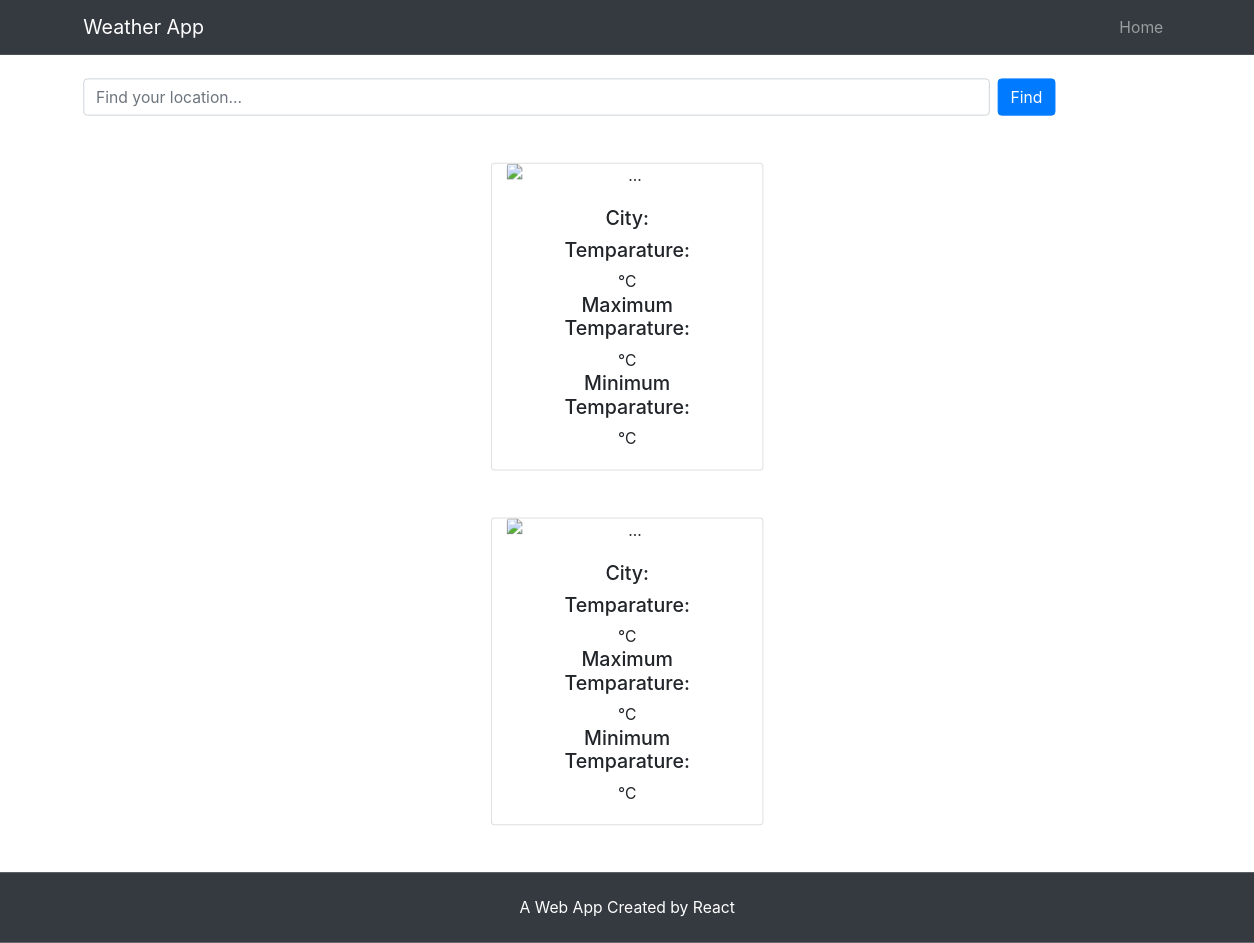
Repository: smk87/weather-app-react
Page: /
These files come from the project's save history. The page is drawn as it stood at one moment and after the next save; the edit follows.
The browser window is 1280 px wide. The pictures show the whole page, at 98% of full size.
The page's requests for data from a server got no answer. Some web libraries are served in a nearby version. The project was rebuilt for these pictures with package versions that can differ from the ones it lists, and the page was loaded fresh each time. A package was used in the major version that the imports need, not the one package.json lists. No one was signed in, and anything a server would have sent is missing.

Above is the page before, as saved 2019-02-06 18:21:46.

### public/index.html
<!DOCTYPE html>
<html lang="en">
  <head>
    <meta charset="utf-8" />
    <link rel="shortcut icon" href="%PUBLIC_URL%/favicon.ico" />
    <meta
      name="viewport"
      content="width=device-width, initial-scale=1, shrink-to-fit=no"
    />
    <meta name="theme-color" content="#000000" />
    <!--
      manifest.json provides metadata used when your web app is added to the
      homescreen on Android. See https://developers.google.com/web/fundamentals/web-app-manifest/
    -->
    <link rel="manifest" href="%PUBLIC_URL%/manifest.json" />
    <link
      rel="stylesheet"
      href="https://stackpath.bootstrapcdn.com/bootstrap/4.2.1/css/bootstrap.min.css"
      integrity="sha384-GJzZqFGwb1QTTN6wy59ffF1BuGJpLSa9DkKMp0DgiMDm4iYMj70gZWKYbI706tWS"
      crossorigin="anonymous"
    />
    <script
      defer
      src="https://use.fontawesome.com/releases/v5.6.3/js/all.js"
      integrity="sha384-EIHISlAOj4zgYieurP0SdoiBYfGJKkgWedPHH4jCzpCXLmzVsw1ouK59MuUtP4a1"
      crossorigin="anonymous"
    ></script>
    <!--
      Notice the use of %PUBLIC_URL% in the tags above.
      It will be replaced with the URL of the `public` folder during the build.
      Only files inside the `public` folder can be referenced from the HTML.

      Unlike "/favicon.ico" or "favicon.ico", "%PUBLIC_URL%/favicon.ico" will
      work correctly both with client-side routing and a non-root public URL.
      Learn how to configure a non-root public URL by running `npm run build`.
    -->
    <title>React App</title>
  </head>
  <body>
    <noscript>You need to enable JavaScript to run this app.</noscript>
    <div id="root"></div>
    <!--
      This HTML file is a template.
      If you open it directly in the browser, you will see an empty page.

      You can add webfonts, meta tags, or analytics to this file.
      The build step will place the bundled scripts into the <body> tag.

      To begin the development, run `npm start` or `yarn start`.
      To create a production bundle, use `npm run build` or `yarn build`.
    -->

    <script
      src="https://code.jquery.com/jquery-3.3.1.slim.min.js"
      integrity="sha384-q8i/X+965DzO0rT7abK41JStQIAqVgRVzpbzo5smXKp4YfRvH+8abtTE1Pi6jizo"
      crossorigin="anonymous"
    ></script>
    <script
      src="https://cdnjs.cloudflare.com/ajax/libs/popper.js/1.14.6/umd/popper.min.js"
      integrity="sha384-wHAiFfRlMFy6i5SRaxvfOCifBUQy1xHdJ/yoi7FRNXMRBu5WHdZYu1hA6ZOblgut"
      crossorigin="anonymous"
    ></script>
    <script
      src="https://stackpath.bootstrapcdn.com/bootstrap/4.2.1/js/bootstrap.min.js"
      integrity="sha384-B0UglyR+jN6CkvvICOB2joaf5I4l3gm9GU6Hc1og6Ls7i6U/mkkaduKaBhlAXv9k"
      crossorigin="anonymous"
    ></script>
  </body>
</html>

### src/App.js
import React, { Component } from "react";
import { BrowserRouter as Router, Route, Switch } from "react-router-dom";
import logo from "./logo.svg";
import "./App.css";

//Import Layout Components
import NavBar from "./components/NavBar";
import Footer from "./components/Footer";
import Home from "./components/Home";

class App extends Component {
  render() {
    return (
      <Router>
        <div className="App">
          <NavBar />
          <Route exact path="/" component={Home} />
          <Footer />
        </div>
      </Router>
    );
  }
}

export default App;

### src/components/NavBar.js
import React, { Component } from "react";
import { Link } from "react-router-dom";

export default class NavBar extends Component {
  render() {
    return (
      <div>
        <nav className="navbar navbar-expand-sm navbar-dark bg-dark mb-4">
          <div className="container">
            <Link className="navbar-brand" to="/">
              Weather App
            </Link>
            <button
              className="navbar-toggler"
              type="button"
              data-toggle="collapse"
              data-target="#mobile-nav"
            >
              <span className="navbar-toggler-icon" />
            </button>

            <div className="collapse navbar-collapse" id="mobile-nav">
              <ul className="navbar-nav mr-auto" />
              <ul className="navbar-nav ml-auto">
                <li className="nav-item">
                  <Link className="nav-link" to="/">
                    Home
                  </Link>
                </li>
              </ul>
            </div>
          </div>
        </nav>
      </div>
    );
  }
}

### src/components/Footer.js
import React from "react";

export default function Footer() {
  return (
    <footer className="bg-dark text-white mt-5 p-4 text-center">
      A Web App Created by React
    </footer>
  );
}

### src/components/Home.js
import React, { Component } from "react";
import { Link } from "react-router-dom";
import Weather from "./Weather";

export default class Home extends Component {
  constructor() {
    super();

    this.state = {
      search: ""
    };
  }
  onChange = e => {
    this.setState({
      [e.target.name]: e.target.value
    });
  };
  onSubmit = e => {
    e.preventDefault();
    console.log(this.state);
  };

  render() {
    return (
      <div>
        <div className="container">
          <form onSubmit={this.onSubmit} action="#" className="form-inline">
            <input
              type="text"
              name="search"
              className="form-control col-md-10"
              placeholder="Find your location..."
              value={this.state.search}
              onChange={this.onChange}
            />
            <input
              type="submit"
              className="ml-2 btn btn-primary"
              value="Find"
            />
          </form>

          <Weather id="2344116" />
          <Weather id="2344116" />
        </div>
      </div>
    );
  }
}

### src/components/Weather.js
import React, { Component } from "react";
import axios from "axios";

export default class Weather extends Component {
  constructor() {
    super();

    this.state = {
      cityname: "",
      id: "",
      temp: "",
      maxtemp: "",
      mintemp: "",
      logo: ""
    };
  }

  componentWillMount() {
    this.setState({ id: this.props.id });

    const url = `weather/weather.php?command=location&woeid=${this.props.id}`;
    // console.log(url);
    axios
      .get(url) //Used proxy to connect with local wamp server
      .then(res => {
        console.log(res.data);

        switch (res.data.consolidated_weather[0].weather_state_name) {
          case "Snow":
            this.setState({
              logo: "https://www.metaweather.com/static/img/weather/sn.svg"
            });
            break;
          case "Sleet":
            this.setState({
              logo: "https://www.metaweather.com/static/img/weather/sl.svg"
            });
            break;
          case "Hail":
            this.setState({
              logo: "https://www.metaweather.com/static/img/weather/h.svg"
            });
            break;
          case "Thunderstorm":
            this.setState({
              logo: "https://www.metaweather.com/static/img/weather/t.svg"
            });
            break;
          case "Heavy Rain":
            this.setState({
              logo: "https://www.metaweather.com/static/img/weather/hr.svg"
            });
            break;
          case "Light Rain":
            this.setState({
              logo: `https://www.metaweather.com/static/img/weather/lr.svg`
            });
            break;
          case "Showers":
            this.setState({
              logo: "https://www.metaweather.com/static/img/weather/s.svg"
            });
            break;
          case "Heavy Cloud":
            this.setState({
              logo: "https://www.metaweather.com/static/img/weather/hc.svg"
            });
            break;
          case "Light Cloud":
            this.setState({
              logo: "https://www.metaweather.com/static/img/weather/lc.svg"
            });
            break;
          case "Clear":
            this.setState({
              logo: "https://www.metaweather.com/static/img/weather/c.svg"
            });
            break;
        }
        this.setState({
          cityname: res.data.title,
          temp: res.data.consolidated_weather[0].the_temp.toPrecision(3),
          maxtemp: res.data.consolidated_weather[0].max_temp.toPrecision(3),
          mintemp: res.data.consolidated_weather[0].min_temp.toPrecision(3)
        });
      })
      .catch(err => console.log(err));
  }

  render() {
    return (
      <div className="col-3 mt-5 mx-auto h-50 w-25 card">
        <img src={this.state.logo} className="card-img-top" alt="..." />

        <div className="card-body">
          <div className="card-text">
            <h5>City: </h5> {this.state.cityname}
          </div>
          <div className="card-text">
            <h5>Temparature: </h5> {this.state.temp}
            <span>&#8451;</span>
          </div>
          <div className="card-text">
            {" "}
            <h5>Maximum Temparature: </h5> {this.state.maxtemp}
            <span>&#8451;</span>
          </div>
          <div className="card-text">
            {" "}
            <h5>Minimum Temparature: </h5>
            {this.state.mintemp}
            <span>&#8451;</span>
          </div>
        </div>
      </div>
    );
  }
}

Loaded but not shown: src/index.js (common file); src/index.css (common file); src/serviceWorker.js (common file); src/App.css (common file)

After the next save:
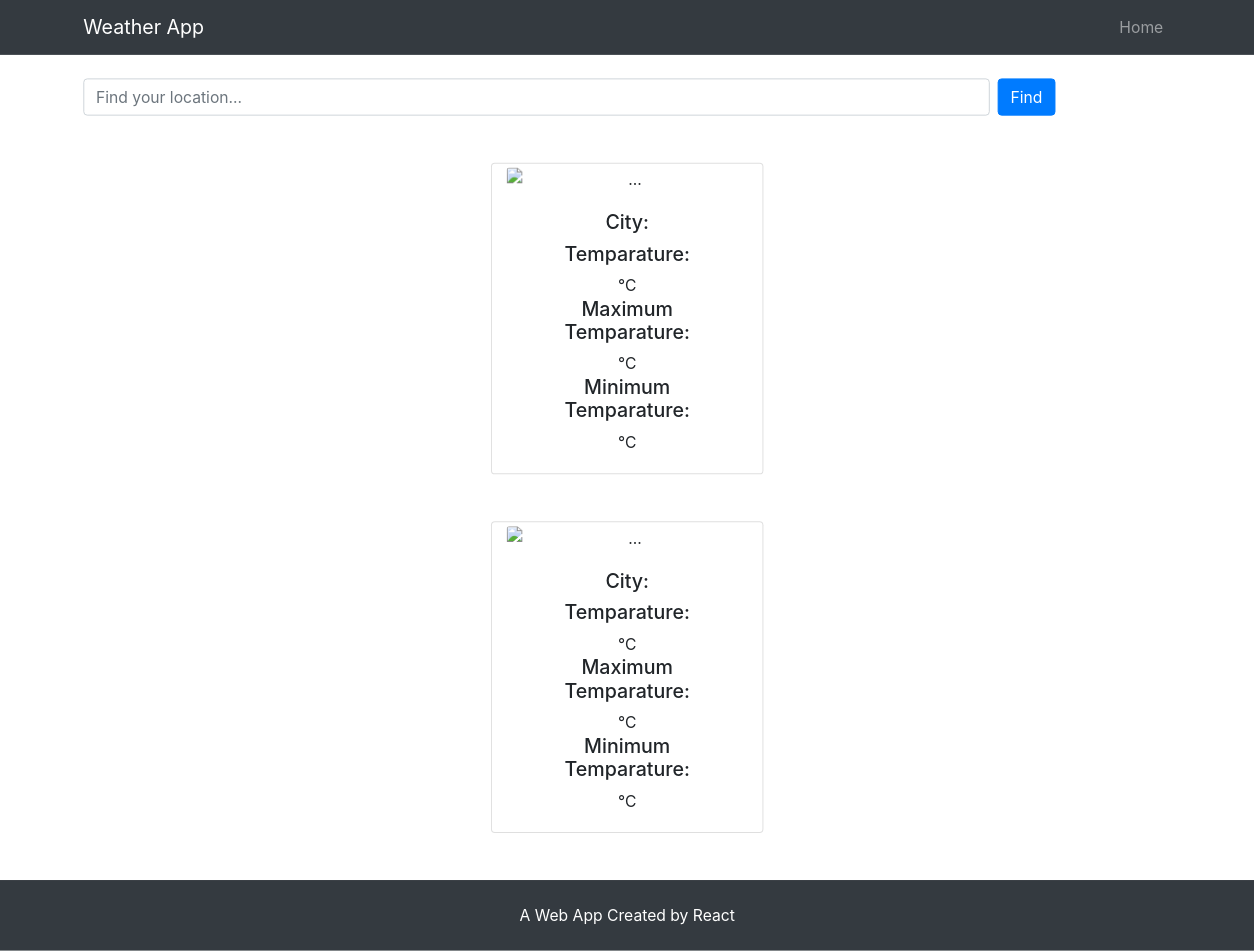
Saved 58 s later.
--- a/src/components/Weather.js
+++ b/src/components/Weather.js
@@ -89,7 +89,7 @@ export default class Weather extends Component {
 
   render() {
     return (
-      <div className="col-3 mt-5 mx-auto h-50 w-25 card">
+      <div className="col-3 mt-5 mx-auto pt-1 h-50 w-25 card">
         <img src={this.state.logo} className="card-img-top" alt="..." />
 
         <div className="card-body">
